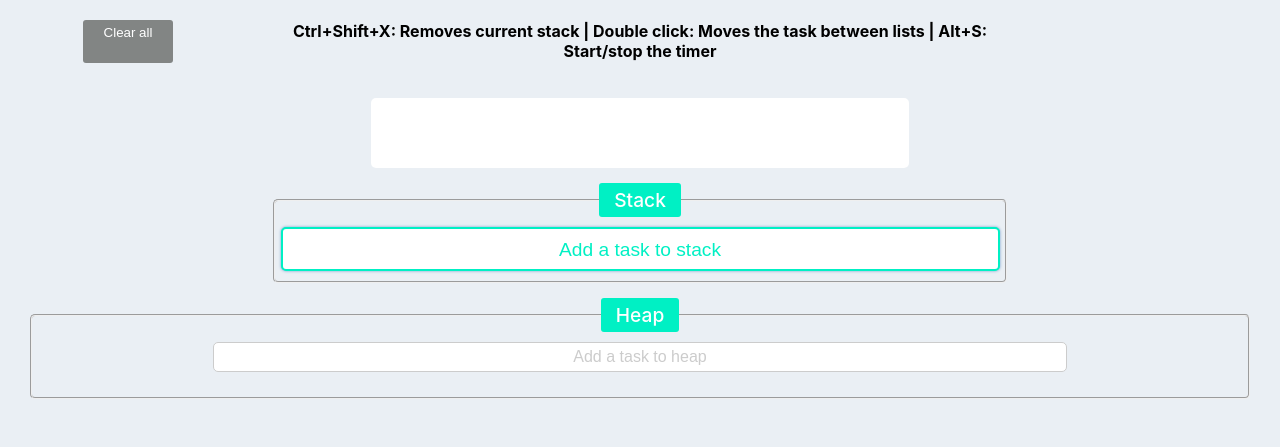
Repository: litalsh/meeting_v1
Page: /
An editor plug-in stored every save of this project. The page is shown before and after the next save, followed by the edit.
The browser window is 1280 px wide. The pictures show the whole page.
The project was rebuilt for these pictures with package versions that can differ from the ones it lists, and the page was loaded fresh each time. Also part of the build but not shown: src/Task.js.

Above is the page before, as saved 2020-12-15 18:59:45.

After the next save:
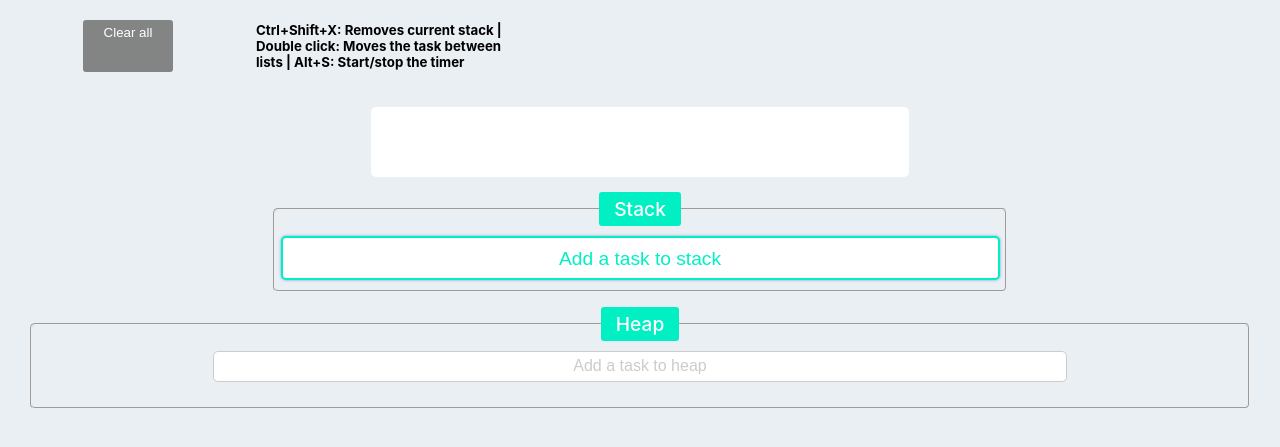
Saved 43 s later.
--- a/src/App.js
+++ b/src/App.js
@@ -164,7 +164,7 @@
   return (
     <div className="container">
       <button className='clear-btn' onClick={() => clearListsHandler()}>Clear all</button>
-      <h4>Ctrl+Shift+X: Removes current stack  |  Double click: Moves the task between lists  |  Alt+S: Start/stop the timer</h4>
+      <h5>Ctrl+Shift+X: Removes current stack  |  Double click: Moves the task between lists  |  Alt+S: Start/stop the timer</h5>
       {stack[0] !== undefined ?  <h3 className="timer">{minutes}:{seconds}</h3> : null}
       <div className="current-task">
         <h1>{stack[0] !== undefined ? stack[stack.length - 1].topic : null}</h1>

After the save that followed:
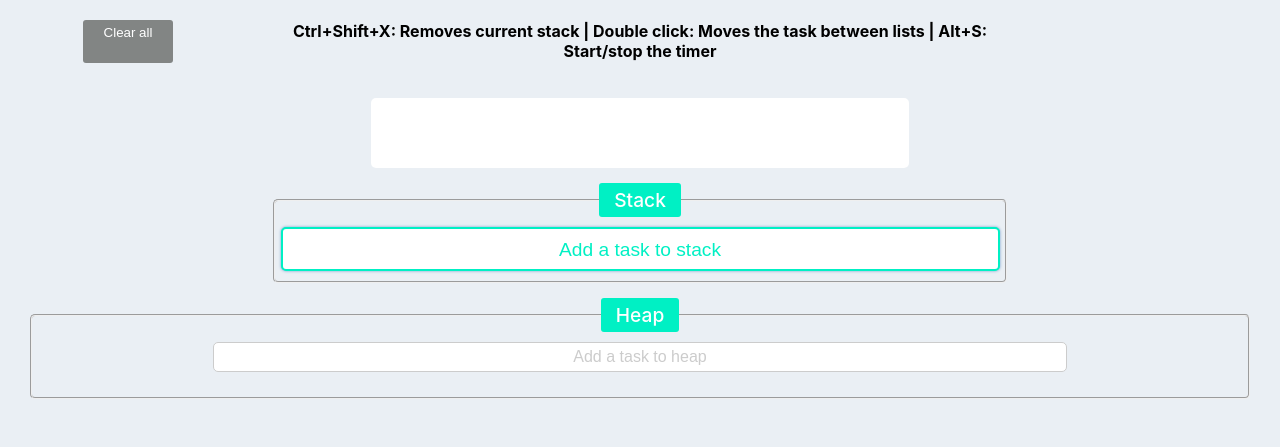
Saved 8 s later.
--- a/src/App.js
+++ b/src/App.js
@@ -164,7 +164,7 @@
   return (
     <div className="container">
       <button className='clear-btn' onClick={() => clearListsHandler()}>Clear all</button>
-      <h5>Ctrl+Shift+X: Removes current stack  |  Double click: Moves the task between lists  |  Alt+S: Start/stop the timer</h5>
+      <h4>Ctrl+Shift+X: Removes current stack  |  Double click: Moves the task between lists  |  Alt+S: Start/stop the timer</h4>
       {stack[0] !== undefined ?  <h3 className="timer">{minutes}:{seconds}</h3> : null}
       <div className="current-task">
         <h1>{stack[0] !== undefined ? stack[stack.length - 1].topic : null}</h1>
